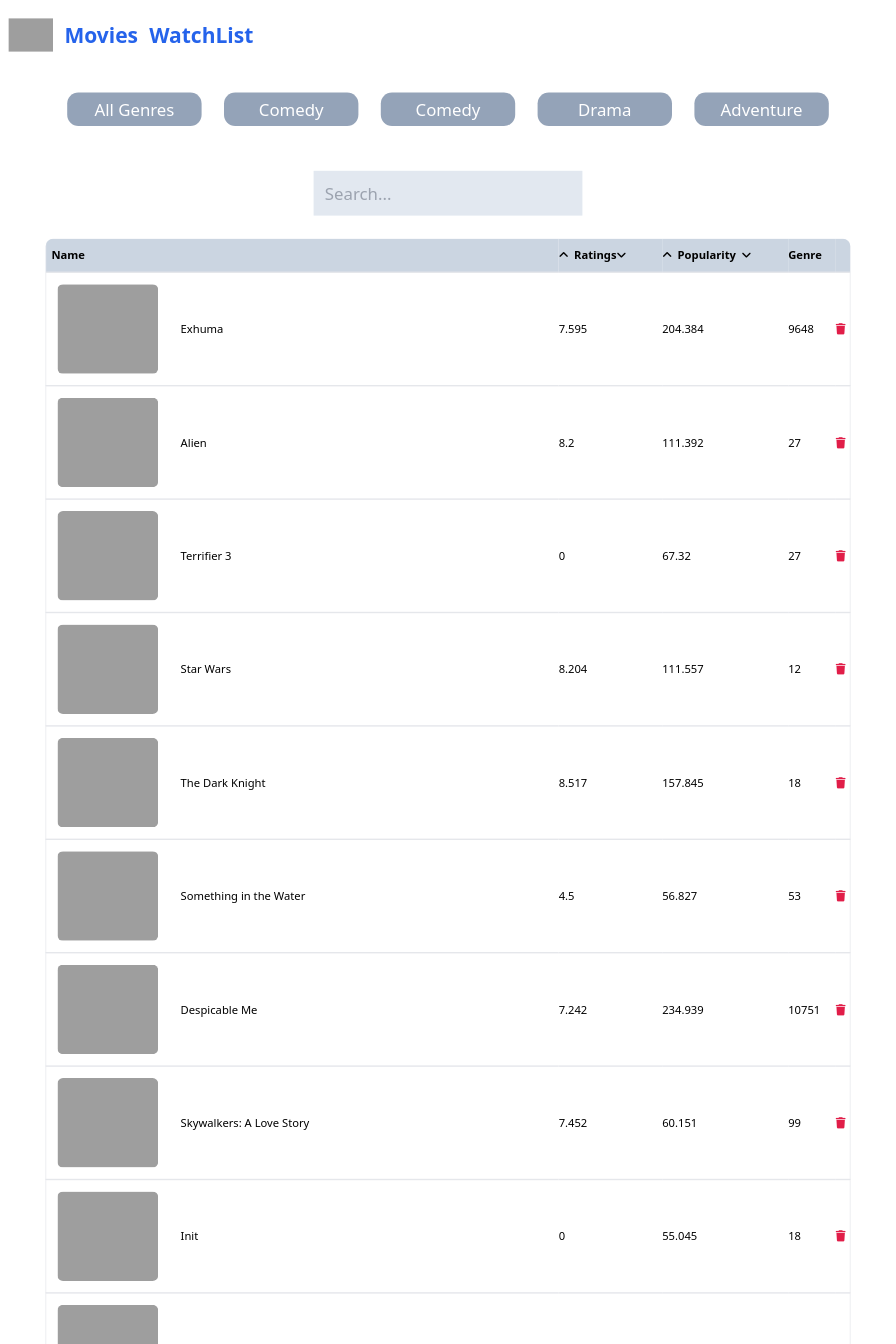
Repository: Aakash20bhatt/LearnReact
Page: /watchlist (app in moviesApp/)
An editor plug-in stored every save of this project. The page is shown before and after the next save, followed by the edit.
The browser window is 1280 px wide. The pictures show the part of the page from y = 0 to 1920 px (the page is 3630 px tall), at 70% of full size.
Pictures or frames that could not be fetched are drawn as grey boxes. Some web libraries are served in a nearby version. The project was rebuilt for these pictures with package versions that can differ from the ones it lists, and the page was loaded fresh each time. Also part of the build but not shown: moviesApp/vite.config.js, moviesApp/src/App.css, moviesApp/src/Components/Banner.jsx, moviesApp/src/Components/MovieCard.jsx, moviesApp/src/Components/Pagination.jsx, moviesApp/src/Components/Movies.jsx.

Above is the page before, as saved 2024-07-28 00:34:28.

### moviesApp/index.html
<!doctype html>
<html lang="en">
  <head>
    <meta charset="UTF-8" />
    <link rel="icon" type="image/svg+xml" href="/vite.svg" />
    <meta name="viewport" content="width=device-width, initial-scale=1.0" />
    <title>Movies recommendation</title>
    <link rel="stylesheet" href="https://cdnjs.cloudflare.com/ajax/libs/font-awesome/6.6.0/css/all.min.css" integrity="sha512-Kc323vGBEqzTmouAECnVceyQqyqdsSiqLQISBL29aUW4U/M7pSPA/gEUZQqv1cwx4OnYxTxve5UMg5GT6L4JJg==" crossorigin="anonymous" referrerpolicy="no-referrer" />
  </head>
  <body>
    <div id="root"></div>
    <script type="module" src="/src/main.jsx"></script>
  </body>
</html>

### moviesApp/src/App.jsx
import { useState } from 'react'

import './App.css'
import Watchlist from './Components/Watchlist'
import Navbar from './Components/Navbar'
import Banner from './Components/Banner'
import Movies from './Components/Movies'
import Pagination from './Components/Pagination'
import { BrowserRouter, Routes, Route } from 'react-router-dom'

function App() {

  return (
    <BrowserRouter>
      <Navbar/>
      <Routes>
        <Route path='/' element={
          <>
            <Banner/>
            <Movies/>
          </>
        }></Route>

        <Route path='/watchlist' element={
          <Watchlist/>
        }></Route>
      </Routes>
    </BrowserRouter>
  )
}

export default App

### moviesApp/src/index.css
@tailwind base;
@tailwind components;
@tailwind utilities;

*{
  margin: 0;
  padding:0;
  box-sizing: border-box;
}

### moviesApp/src/Components/Watchlist.jsx
import { BASE_URL } from "../utils/common";


let movies = [
    {
      "backdrop_path": "/kYWk8TW5TkpCWkB0mkUm72N0lb8.jpg",
      "id": 838209,
      "title": "Exhuma",
      "original_title": "파묘",
      "overview": "After tracing the origin of a disturbing supernatural affliction to a wealthy family's ancestral gravesite, a team of paranormal experts relocates the remains—and soon discovers what happens to those who dare to mess with the wrong grave.",
      "poster_path": "/pQYHouPsDw32FhDLr7E3jmw0WTk.jpg",
      "media_type": "movie",
      "adult": false,
      "original_language": "ko",
      "genre_ids": [9648, 27, 53],
      "popularity": 204.384,
      "release_date": "2024-02-22",
      "video": false,
      "vote_average": 7.595,
      "vote_count": 241
    },
    {
      "backdrop_path": "/AmR3JG1VQVxU8TfAvljUhfSFUOx.jpg",
      "id": 348,
      "title": "Alien",
      "original_title": "Alien",
      "overview": "During its return to the earth, commercial spaceship Nostromo intercepts a distress signal from a distant planet. When a three-member team of the crew discovers a chamber containing thousands of eggs on the planet, a creature inside one of the eggs attacks an explorer. The entire crew is unaware of the impending nightmare set to descend upon them when the alien parasite planted inside its unfortunate host is birthed.",
      "poster_path": "/vfrQk5IPloGg1v9Rzbh2Eg3VGyM.jpg",
      "media_type": "movie",
      "adult": false,
      "original_language": "en",
      "genre_ids": [27, 878],
      "popularity": 111.392,
      "release_date": "1979-05-25",
      "video": false,
      "vote_average": 8.2,
      "vote_count": 14154
    },
    {
      "backdrop_path": "/mvDMt3JZ5zlsrXduGzj9jBEfVBT.jpg",
      "id": 1034541,
      "title": "Terrifier 3",
      "original_title": "Terrifier 3",
      "overview": "Art the Clown unleashes chaos on the unsuspecting residents of Miles County as they peacefully drift off to sleep on Christmas Eve.",
      "poster_path": "/l1175hgL5DoXnqeZQCcU3eZIdhX.jpg",
      "media_type": "movie",
      "adult": false,
      "original_language": "en",
      "genre_ids": [27, 53, 80],
      "popularity": 67.32,
      "release_date": "2024-10-11",
      "video": false,
      "vote_average": 0,
      "vote_count": 0
    },
    {
      "backdrop_path": "/jNjT5y95BToczcxgVPl1NBB7goY.jpg",
      "id": 11,
      "title": "Star Wars",
      "original_title": "Star Wars",
      "overview": "Princess Leia is captured and held hostage by the evil Imperial forces in their effort to take over the galactic Empire. Venturesome Luke Skywalker and dashing captain Han Solo team together with the loveable robot duo R2-D2 and C-3PO to rescue the beautiful princess and restore peace and justice in the Empire.",
      "poster_path": "/6FfCtAuVAW8XJjZ7eWeLibRLWTw.jpg",
      "media_type": "movie",
      "adult": false,
      "original_language": "en",
      "genre_ids": [12, 28, 878],
      "popularity": 111.557,
      "release_date": "1977-05-25",
      "video": false,
      "vote_average": 8.204,
      "vote_count": 20247
    },
    {
      "backdrop_path": "/dqK9Hag1054tghRQSqLSfrkvQnA.jpg",
      "id": 155,
      "title": "The Dark Knight",
      "original_title": "The Dark Knight",
      "overview": "Batman raises the stakes in his war on crime. With the help of Lt. Jim Gordon and District Attorney Harvey Dent, Batman sets out to dismantle the remaining criminal organizations that plague the streets. The partnership proves to be effective, but they soon find themselves prey to a reign of chaos unleashed by a rising criminal mastermind known to the terrified citizens of Gotham as the Joker.",
      "poster_path": "/qJ2tW6WMUDux911r6m7haRef0WH.jpg",
      "media_type": "movie",
      "adult": false,
      "original_language": "en",
      "genre_ids": [18, 28, 80, 53],
      "popularity": 157.845,
      "release_date": "2008-07-16",
      "video": false,
      "vote_average": 8.517,
      "vote_count": 32246
    },
    {
      "backdrop_path": "/1KJtjg3MQFnrfd7NXfs11z4HLwD.jpg",
      "id": 804616,
      "title": "Something in the Water",
      "original_title": "Something in the Water",
      "overview": "Reunited at an exotic destination wedding, five girlfriends decide to rent a boat to spend a day together along the paradise-like coast. Their friendship is put to the ultimate test when they find themselves stranded in open water fighting for their lives against sharks and mother nature as they desperately try to survive.",
      "poster_path": "/1iWGGxHEwswZGvPSoMZlLFf0PNq.jpg",
      "media_type": "movie",
      "adult": false,
      "original_language": "en",
      "genre_ids": [53, 27],
      "popularity": 56.827,
      "release_date": "2024-03-22",
      "video": false,
      "vote_average": 4.5,
      "vote_count": 33
    },
    {
      "backdrop_path": "/2XSeKDmIa2KxaiJy4J9e8FrIZhk.jpg",
      "id": 20352,
      "title": "Despicable Me",
      "original_title": "Despicable Me",
      "overview": "Villainous Gru lives up to his reputation as a despicable, deplorable and downright unlikable guy when he hatches a plan to steal the moon from the sky. But he has a tough time staying on task after three orphans land in his care.",
      "poster_path": "/9lOloREsAhBu0pEtU0BgeR1rHyo.jpg",
      "media_type": "movie",
      "adult": false,
      "original_language": "en",
      "genre_ids": [10751, 16, 35],
      "popularity": 234.939,
      "release_date": "2010-07-08",
      "video": false,
      "vote_average": 7.242,
      "vote_count": 14778
    },
    {
      "backdrop_path": "/60qVuzQOKgyD57tsgBceT5ScCSX.jpg",
      "id": 1214488,
      "title": "Skywalkers: A Love Story",
      "original_title": "Skywalkers: A Love Story",
      "overview": "Two real-life daredevils test the limits of their love and trust by illegally scaling one of the world's tallest buildings to perform an acrobatic stunt.",
      "poster_path": "/7A4x0D1gNTpmMn9E9BW9hWiaOkv.jpg",
      "media_type": "movie",
      "adult": false,
      "original_language": "en",
      "genre_ids": [99, 10749, 53],
      "popularity": 60.151,
      "release_date": "2024-07-12",
      "video": false,
      "vote_average": 7.452,
      "vote_count": 31
    },
    {
      "backdrop_path": "/uUJuPiZh1QfIeTa1GeLWqnEkaP2.jpg",
      "id": 1302011,
      "title": "Init",
      "original_title": "Init",
      "overview": "When a young barrio lass moves in to the city to study, she lives in a boarding house with other college students. Unknown to them, behind her shy and timid personality is a woman with insatiable hunger for sex.",
      "poster_path": "/fGY13rtdRzFqTkDMi5JayUWg6vL.jpg",
      "media_type": "movie",
      "adult": false,
      "original_language": "tl",
      "genre_ids": [18],
      "popularity": 55.045,
      "release_date": "2024-07-30",
      "video": false,
      "vote_average": 0,
      "vote_count": 0
    },
    {
      "backdrop_path": "/xAAYm7bUC5LnAj2Hs2hePOMHh2z.jpg",
      "id": 1251687,
      "title": "Don't Tell Mom the Babysitter's Dead",
      "original_title": "Don't Tell Mom the Babysitter's Dead",
      "overview": "Seventeen year old Tanya's plans for a carefree summer are derailed when her stressed-to-the-limit mom takes off for a wellness retreat and puts Tanya and her three siblings in the charge of a crotchety (and racist) old babysitter. The babysitter’s sudden death leaves the kids short on cash and reluctant to pull mom prematurely out of her much-needed R&R, so Tanya is forced to get a job. Posing as an adult, she gets a gig as the executive assistant at a fashion company and overnight is thrust into the world of adulthood and parenting.",
      "poster_path": "/aMLrX8qaagRUESyPSJCARNlT8Xd.jpg",
      "media_type": "movie",
      "adult": false,
      "original_language": "en",
      "genre_ids": [35],
      "popularity": 16.443,
      "release_date": "2024-04-12",
      "video": false,
      "vote_average": 7.1,
      "vote_count": 7
    },
    {
      "backdrop_path": "/rt9jRDrN938wwSkEemwvmXKFMja.jpg",
      "id": 872906,
      "title": "Jawan",
      "original_title": "जवान",
      "overview": "An emotional journey of a prison warden, driven by a personal vendetta while keeping up to a promise made years ago, recruits inmates to commit outrageous crimes that shed light on corruption and injustice, in an attempt to get even with his past,  and that leads him to an unexpected reunion.",
      "poster_path": "/jFt1gS4BGHlK8xt76Y81Alp4dbt.jpg",
      "media_type": "movie",
      "adult": false,
      "original_language": "hi",
      "genre_ids": [28, 12, 53],
      "popularity": 69.623,
      "release_date": "2023-09-07",
      "video": false,
      "vote_average": 7.2,
      "vote_count": 229
    },
    {
      "backdrop_path": "/tq8COKsI99Bivjd4CZIYVGoKcIx.jpg",
      "id": 937287,
      "title": "Challengers",
      "original_title": "Challengers",
      "overview": "Tennis player turned coach Tashi has taken her husband, Art, and transformed him into a world-famous Grand Slam champion. To jolt him out of his recent losing streak, she signs him up for a \"Challenger\" event — close to the lowest level of pro tournament — where he finds himself standing across the net from his former best friend and Tashi's former boyfriend.",
      "poster_path": "/H6vke7zGiuLsz4v4RPeReb9rsv.jpg",
      "media_type": "movie",
      "adult": false,
      "original_language": "en",
      "genre_ids": [10749, 18],
      "popularity": 131.411,
      "release_date": "2024-04-18",
      "video": false,
      "vote_average": 7.2,
      "vote_count": 1159
    },
    {
      "backdrop_path": "/a1m4DAmySexNaaGnjEVA2MKNUCo.jpg",
      "id": 998846,
      "title": "Back to Black",
      "original_title": "Back to Black",
      "overview": "The extraordinary story of Amy Winehouse’s early rise to fame from her early days in Camden through the making of her groundbreaking album, Back to Black that catapulted Winehouse to global fame. Told through Amy’s eyes and inspired by her deeply personal lyrics, the film explores and embraces the many layers of the iconic artist and the tumultuous love story at the center of one of the most legendary albums of all time.",
      "poster_path": "/xHQEeUT3Ac4fTY72UeNrI75xLtE.jpg",
      "media_type": "movie",
      "adult": false,
      "original_language": "en",
      "genre_ids": [10402, 36, 18],
      "popularity": 81.319,
      "release_date": "2024-04-11",
      "video": false,
      "vote_average": 6.846,
      "vote_count": 282
    },
    {
      "backdrop_path": "/iQFcwSGbZXMkeyKrxbPnwnRo5fl.jpg",
      "id": 634649,
      "title": "Spider-Man: No Way Home",
      "original_title": "Spider-Man: No Way Home",
      "overview": "Peter Parker is unmasked and no longer able to separate his normal life from the high-stakes of being a super-hero. When he asks for help from Doctor Strange the stakes become even more dangerous, forcing him to discover what it truly means to be Spider-Man.",
      "poster_path": "/1g0dhYtq4irTY1GPXvft6k4YLjm.jpg",
      "media_type": "movie",
      "adult": false,
      "original_language": "en",
      "genre_ids": [28, 12, 878],
      "popularity": 205.299,
      "release_date": "2021-12-15",
      "video": false,
      "vote_average": 7.962,
      "vote_count": 19652
    },
    {
      "backdrop_path": "/ipyxbPJrLB1g9AfHq4xH5nLWmew.jpg",
      "id": 245891,
      "title": "John Wick",
      "original_title": "John Wick",
      "overview": "Ex-hitman John Wick comes out of retirement to track down the gangsters that took everything from him.",
      "poster_path": "/fZPSd91yGE9fCcCe6OoQr6E3Bev.jpg",
      "media_type": "movie",
      "adult": false,
      "original_language": "en",
      "genre_ids": [28, 53],
      "popularity": 74.283,
      "release_date": "2014-10-22",
      "video": false,
      "vote_average": 7.434,
      "vote_count": 18825
    },
    {
      "backdrop_path": "/sDH1LkdFOkQmTJaF1sIIniQyFOk.jpg",
      "id": 597,
      "title": "Titanic",
      "original_title": "Titanic",
      "overview": "101-year-old Rose DeWitt Bukater tells the story of her life aboard the Titanic, 84 years later. A young Rose boards the ship with her mother and fiancé. Meanwhile, Jack Dawson and Fabrizio De Rossi win third-class tickets aboard the ship. Rose tells the whole story from Titanic's departure through to its death—on its first and last voyage—on April 15, 1912.",
      "poster_path": "/9xjZS2rlVxm8SFx8kPC3aIGCOYQ.jpg",
      "media_type": "movie",
      "adult": false,
      "original_language": "en",
      "genre_ids": [18, 10749],
      "popularity": 172.698,
      "release_date": "1997-11-18",
      "video": false,
      "vote_average": 7.906,
      "vote_count": 24872
    },
    {
      "backdrop_path": "/5YZbUmjbMa3ClvSW1Wj3D6XGolb.jpg",
      "id": 447365,
      "title": "Guardians of the Galaxy Vol. 3",
      "original_title": "Guardians of the Galaxy Vol. 3",
      "overview": "Peter Quill, still reeling from the loss of Gamora, must rally his team around him to defend the universe along with protecting one of their own. A mission that, if not completed successfully, could quite possibly lead to the end of the Guardians as we know them.",
      "poster_path": "/r2J02Z2OpNTctfOSN1Ydgii51I3.jpg",
      "media_type": "movie",
      "adult": false,
      "original_language": "en",
      "genre_ids": [878, 12, 28],
      "popularity": 160.998,
      "release_date": "2023-05-03",
      "video": false,
      "vote_average": 7.971,
      "vote_count": 6482
    },
    {
      "backdrop_path": "/i9gC7lfWa56pQ5AmfGsOhHlmg6o.jpg",
      "id": 1172533,
      "title": "Pee Nak 4",
      "original_title": "พี่นาค 4",
      "overview": "Three friends find themselves at an old temple located on the outskirts of the city. However, this temple harbours a terrifying legend: anyone who wishes to be ordained as a monk there is cursed.",
      "poster_path": "/6tbY9zSftquXK9xsdqU6LGFIj5F.jpg",
      "media_type": "movie",
      "adult": false,
      "original_language": "th",
      "genre_ids": [35, 27],
      "popularity": 20.777,
      "release_date": "2024-02-22",
      "video": false,
      "vote_average": 4,
      "vote_count": 4
    },
    {
      "backdrop_path": "/xJHokMbljvjADYdit5fK5VQsXEG.jpg",
      "id": 157336,
      "title": "Interstellar",
      "original_title": "Interstellar",
      "overview": "The adventures of a group of explorers who make use of a newly discovered wormhole to surpass the limitations on human space travel and conquer the vast distances involved in an interstellar voyage.",
      "poster_path": "/gEU2QniE6E77NI6lCU6MxlNBvIx.jpg",
      "media_type": "movie",
      "adult": false,
      "original_language": "en",
      "genre_ids": [12, 18, 878],
      "popularity": 186.852,
      "release_date": "2014-11-05",
      "video": false,
      "vote_average": 8.438,
      "vote_count": 34776
    },
    {
      "backdrop_path": "/obKmfNexgL4ZP5cAmzdL4KbHHYX.jpg",
      "id": 673,
      "title": "Harry Potter and the Prisoner of Azkaban",
      "original_title": "Harry Potter and the Prisoner of Azkaban",
      "overview": "Year three at Hogwarts means new fun and challenges as Harry learns the delicate art of approaching a Hippogriff, transforming shape-shifting Boggarts into hilarity and even turning back time. But the term also brings danger: soul-sucking Dementors hover over the school, an ally of the accursed He-Who-Cannot-Be-Named lurks within the castle walls, and fearsome wizard Sirius Black escapes Azkaban. And Harry will confront them all.",
      "poster_path": "/aWxwnYoe8p2d2fcxOqtvAtJ72Rw.jpg",
      "media_type": "movie",
      "adult": false,
      "original_language": "en",
      "genre_ids": [12, 14],
      "popularity": 161.39,
      "release_date": "2004-05-31",
      "video": false,
      "vote_average": 8.019,
      "vote_count": 21121
    }];


export default function Watchlist(){
    let genres = ["All Genres", "Comedy", "Comedy", "Drama","Adventure"];

    return(
        <div className="flex flex-col items-center justify-center">
            <div className="flex w-[90%] my-8 justify-evenly">
                {
                    genres.map((genre,index)=>{
                        return <div key={index} className="cursor-pointer text-2xl rounded-2xl text-white h-[3rem] w-[12rem] bg-slate-400 flex items-center justify-center">
                            {genre}
                        </div>
                    })
                }
            </div>
            <input placeholder="Search..." className="h-[4rem] p-4 w-[24rem] my-8 text-2xl bg-slate-200 outline-none" />
            <table className="rounded-xl border w-[90%] overflow-hidden">
                <thead className="bg-slate-300 h-12 rounded-lg">
                    <tr className="border-b-2 text-left">
                        <th className="p-2">Name</th>
                        <th>
                            <i className="fa-solid fa-angle-up mr-2"></i>
                            Ratings
                            <i className="fa-solid fa-angle-down mr-2"></i>
                        </th>
                        <th>
                            <i className="fa-solid fa-angle-up mr-2"></i>
                            Popularity
                            <i className="fa-solid fa-angle-down ml-2"></i>
                        </th>
                        <th>Genre</th>
                        <th></th>
                    </tr>
                </thead>
                <tbody>
                    {movies.map((movie)=>{
                        return (
                            <tr key={movie.id} className="border-2	hover:bg-slate-100">
                                <td className="flex m-4 gap-8 items-center">
                                    <img className="h-32 w-36 rounded-lg"
                                        src={BASE_URL + movie.backdrop_path}
                                        alt="poster" />
                                        {movie.title}
                                </td>
                                <td>{movie.vote_average}</td>
                                <td>{movie.popularity}</td>
                                <td>{movie.genre_ids[0]}</td>
                                <td className="text-rose-600 cursor-pointer">
                                    <i className="fa-solid fa-trash"></i>
                                </td>
                            </tr>
                        )
                    })}
                </tbody>
            </table>
        </div>
    )
}

### moviesApp/src/Components/Navbar.jsx
import {Link} from 'react-router-dom'

export default function Navbar(){
    return(
        <div className="flex items-center pl-3 py-4">
            <img className="h-12 "src="https://cdn-icons-png.flaticon.com/512/2503/2503508.png" alt="" />
            <Link className="m-4 text-blue-600 text-3xl font-bold" to="/">Movies</Link>
            <Link className="text-blue-600 text-3xl font-bold" to="/watchlist" >WatchList</Link>
        </div>
    )
}

### moviesApp/src/utils/common.js
export const BASE_URL = "https://image.tmdb.org/t/p/original/"

Loaded but not shown: moviesApp/src/main.jsx (common file); moviesApp/tailwind.config.js (common file)

After the next save:
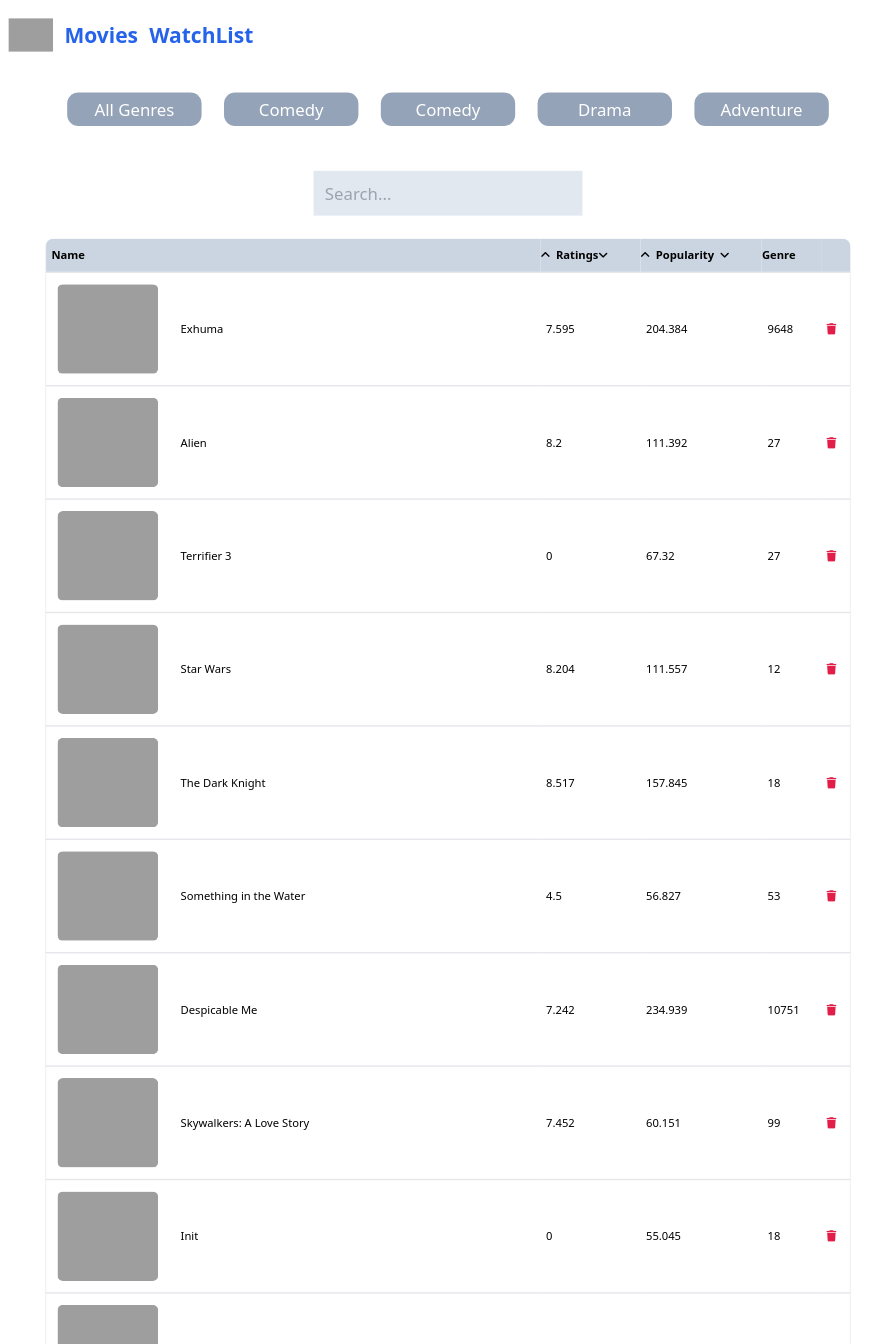
Saved 28 s later.
--- a/moviesApp/src/Components/Watchlist.jsx
+++ b/moviesApp/src/Components/Watchlist.jsx
@@ -387,10 +387,10 @@ export default function Watchlist(){
                                         alt="poster" />
                                         {movie.title}
                                 </td>
-                                <td>{movie.vote_average}</td>
-                                <td>{movie.popularity}</td>
-                                <td>{movie.genre_ids[0]}</td>
-                                <td className="text-rose-600 cursor-pointer">
+                                <td className="p-2">{movie.vote_average}</td>
+                                <td className="p-2">{movie.popularity}</td>
+                                <td className="p-2">{movie.genre_ids[0]}</td>
+                                <td className="text-rose-600 cursor-pointer p-2">
                                     <i className="fa-solid fa-trash"></i>
                                 </td>
                             </tr>
